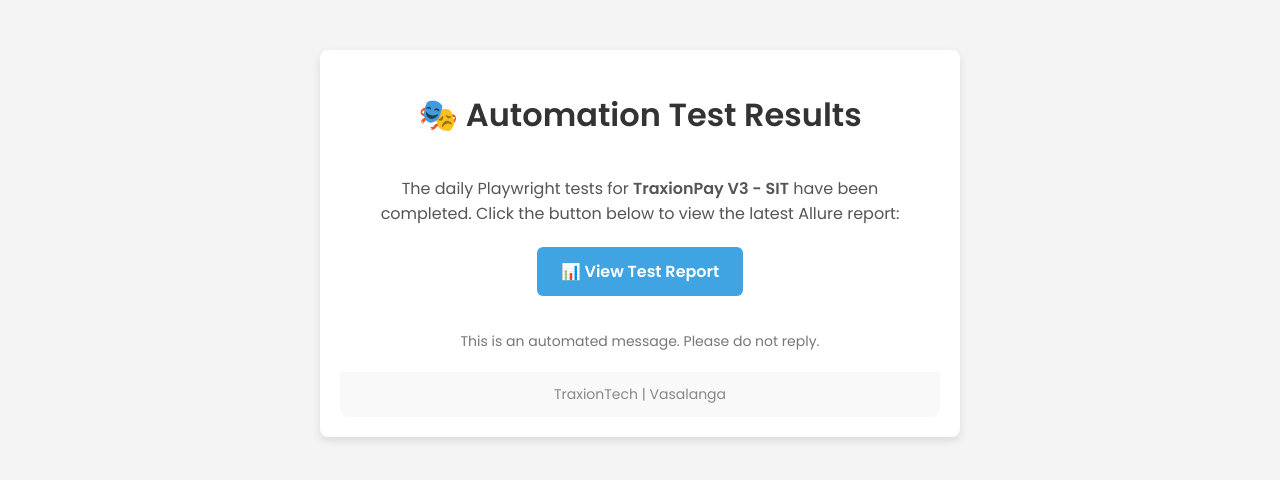
Repository: jmendozaqa24/TraxionPay-V3
Page: template.html
These files come from the project's save history. The page is drawn as it stood at one moment and after the next save; the edit follows.
The browser window is 1280 px wide. The pictures show the whole page.

Above is the page before, as saved 2025-02-18 09:47:55.

### template.html
<!DOCTYPE html>
<html lang="en">
<head>
    <meta charset="UTF-8">
    <meta name="viewport" content="width=device-width, initial-scale=1.0">
    <title>Test Results Notification</title>
    <link href="https://fonts.googleapis.com/css2?family=Poppins:wght@400;600&display=swap" rel="stylesheet">
</head>
<body style="font-family: 'Poppins', Arial, sans-serif; background-color: #f4f4f4; margin: 5px 0; padding: 25px; border-radius: 8px;">
    <div style="max-width: 600px; margin: 20px auto; background-color: #ffffff; padding: 20px; border-radius: 8px; box-shadow: 0 4px 10px rgba(0, 0, 0, 0.1);">

      <div style="text-align: center; display: flex; align-items: center; justify-content: center;">
          <h1 style="color: #333333;  padding-bottom: 10px 0; display: flex; align-items: center; justify-content: center;"> 🎭 Automation Test Results
          </h1>
      </div>

        <!-- Body Content -->
        <div style="text-align: center; padding: 15px 30px;">
            <p style="color: #555555; font-size: 16px; line-height: 1.6; margin: 0;">
                The daily Playwright tests for <strong>TraxionPay V3 - SIT</strong> have been completed. Click the button below to view the latest Allure report:
            </p>

            <!-- Call to Action Button -->
            <a href="https://dread-vin.github.io/TraxionPay-V3/"
                style="display: inline-block; padding: 12px 24px; margin-top: 20px; font-size: 16px; font-weight: 600; color: #ffffff;
                      background-color: #41a4e2; border-radius: 6px; text-decoration: none; transition: 0.3s;">
                📊 View Test Report
            </a>
        </div>

        <!-- Disclaimer -->
        <div style="text-align: center; padding-top: 20px; font-size: 14px; color: #777777;">
            <p style="margin: 0;">This is an automated message. Please do not reply.</p>
        </div>

        <!-- Footer -->
        <div style="margin-top: 20px; background-color: #f9f9f9; padding: 12px; border-radius: 0 0 8px 8px; text-align: center;">
            <p style="font-size: 14px; color: #888888; margin: 0;"> TraxionTech | Vasalanga </p>
        </div>

      </div>
  </body>
</html>

After the next save:
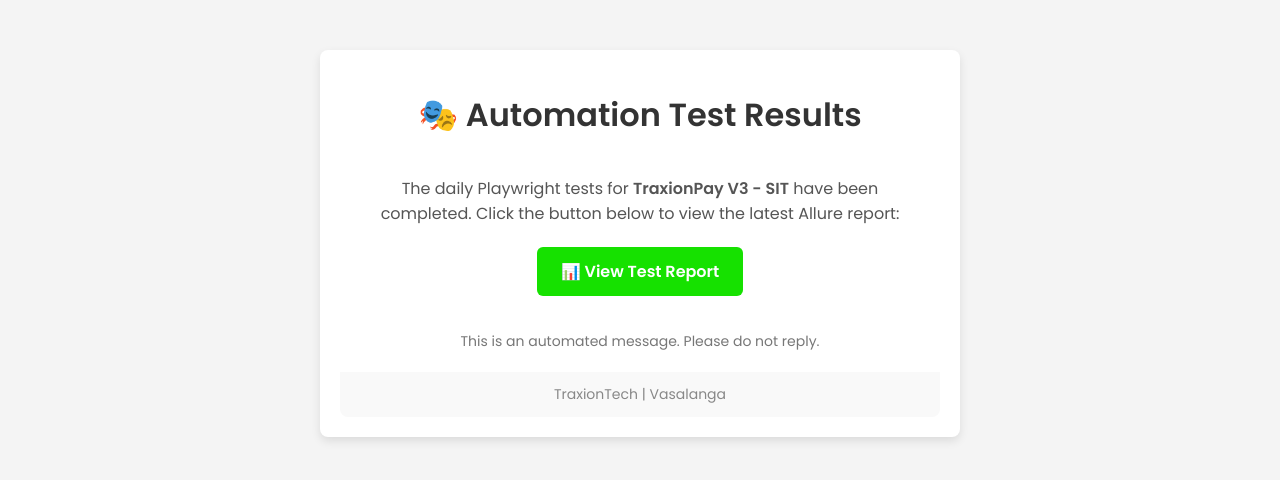
Saved 47 s later.
--- a/template.html
+++ b/template.html
@@ -23,7 +23,7 @@
             <!-- Call to Action Button -->
             <a href="https://dread-vin.github.io/TraxionPay-V3/"
                 style="display: inline-block; padding: 12px 24px; margin-top: 20px; font-size: 16px; font-weight: 600; color: #ffffff;
-                      background-color: #41a4e2; border-radius: 6px; text-decoration: none; transition: 0.3s;">
+                      background-color: #16e100; border-radius: 6px; text-decoration: none; transition: 0.3s;">
                 📊 View Test Report
             </a>
         </div>
